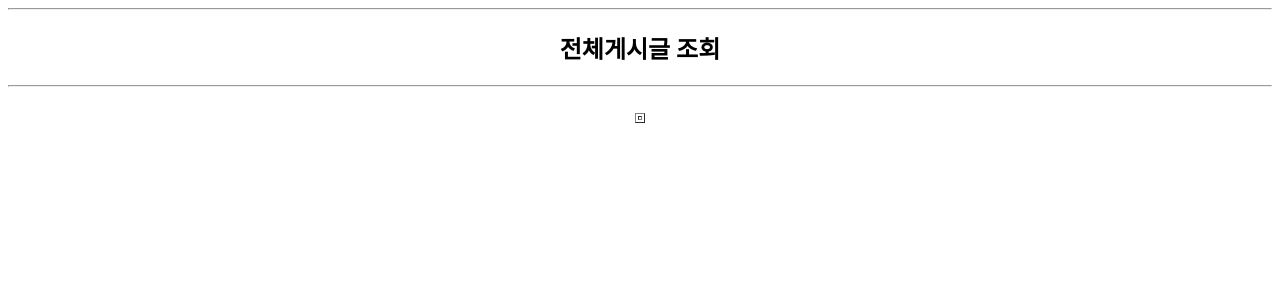
Repository: sunnny10/web-workspace
Page: http://localhost/Mission-Web/jsp/board/list.jsp
These files come from the project's save history. The page is drawn as it stood at one moment and after the next save; the edit follows.
The browser window is 1280 px wide. The pictures show the whole page.
The page is served by Tomcat 9. Queries for data that is not in the repository find no rows.

Above is the page before, as saved 2022-06-02 07:37:46.

After the next save:
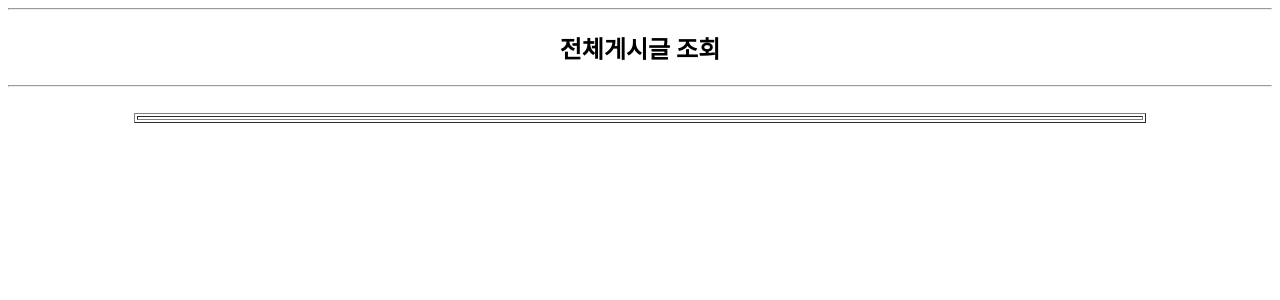
Saved 12 s later.
--- a/Mission-Web/src/main/webapp/jsp/board/list.jsp
+++ b/Mission-Web/src/main/webapp/jsp/board/list.jsp
@@ -34,7 +34,7 @@
 		<h2>전체게시글 조회</h2>
 		<hr>
 		<br>
-		<table border="1">
+		<table border="1" style="width:80%">
 			<tr>
 				<td></td>
 			</tr>
